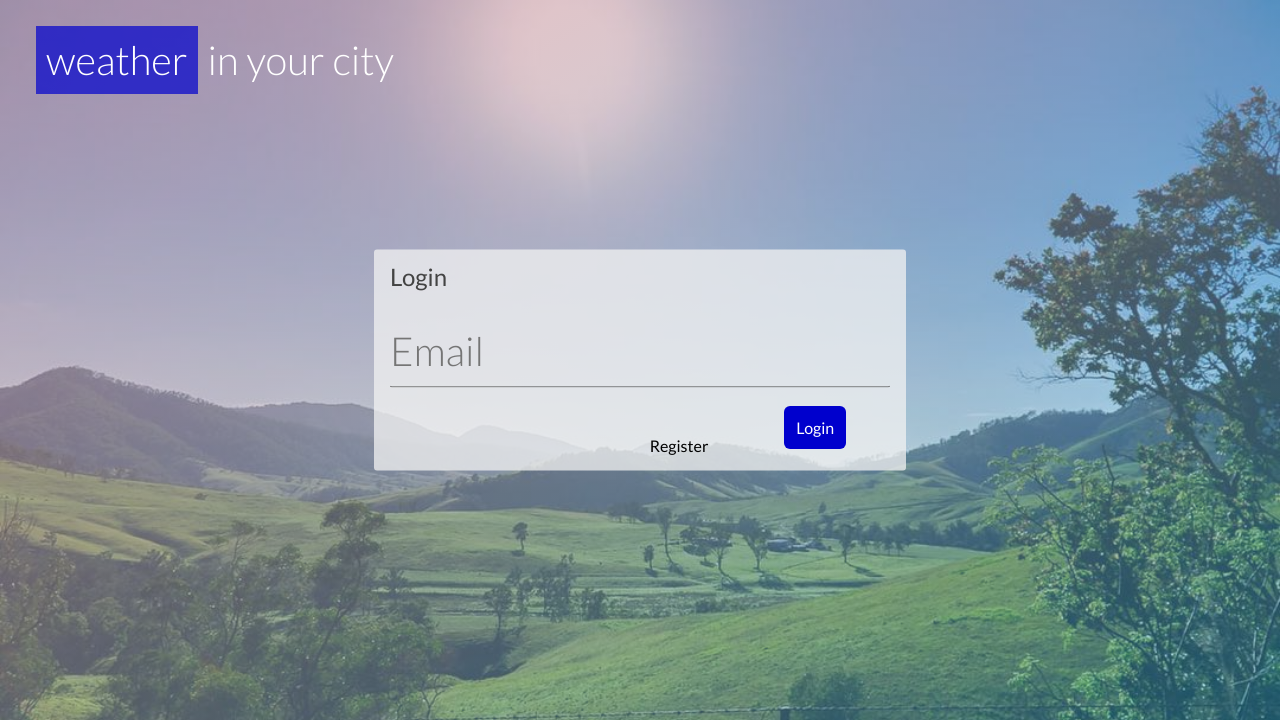
Repository: nosplashurinal/weather-app
Page: /, after clicking the first element matching `button.next`
The author's editor kept a copy of each file at every save. The page is drawn from the files as they stood at one save, then again after the next save.
The browser window is 1280 px wide. The pictures show the whole page.
The project was rebuilt for these pictures with package versions that can differ from the ones it lists, and the page was loaded fresh each time. Also part of the build but not shown: src/components/RecentSearches.vue, src/components/Search.vue, src/components/WeatherDataBlock.vue.

Above is the page before, as saved 2018-12-31 17:09:06.

### public/index.html
<!DOCTYPE html>
<html lang="en">

<head>
	<meta charset="utf-8">
	<meta http-equiv="X-UA-Compatible" content="IE=edge">
	<meta name="viewport" content="width=device-width,initial-scale=1.0">
	<link rel="icon" href="<%= BASE_URL %>favicon.ico">
	<link href="https://fonts.googleapis.com/css?family=Lato:300,400" rel="stylesheet">
	<title>weather-app</title>
</head>

<body>
	<noscript>
		<strong>We're sorry but weather-app doesn't work properly without JavaScript enabled. Please enable it to continue.</strong>
	</noscript>
	<div id="app"></div>
	<!-- built files will be auto injected -->
</body>

</html>

### src/App.vue
<template>
  <div class="root-container">
    <div class="bg" v-bind:style="{backgroundImage: `url(${bg})`}"></div>
    <div class="overlay"></div>
    <div class="title">
      <span>weather</span>
      <span>in your city</span>
    </div>
    <transition name="slide">
      <Login v-if="!loginSuccess && !showRegistration" v-on:on-login="attemptLogin" />
    </transition>
    <Registration v-if="showRegistration" v-on:on-success="showRegistration = false" />
    <div v-if="loginSuccess" class="search-container" v-bind:class="{resultActive: showResults}">
      <Search
        v-bind:message="message"
        v-bind:showLoading="isLoadingResults"
        v-bind:isError="isError"
        v-on:on-key-press="onClickSearch"
        v-on:on-change="onInputChange"
      />
      <transition name="ease">
        <div class="results-container" v-if="showResults">
          <WeatherDataBlock v-bind:weatherData="weatherData"/>
        </div>
      </transition>
    </div>
  </div>
</template>

<script>
import Search from "./components/Search.vue";
import WeatherDataBlock from "./components/WeatherDataBlock.vue";
import Login from "./components/Login.vue";
import Registration from "./components/Registration.vue";
import axios from "axios";

export default {
  name: "app",
  components: {
    Search,
    WeatherDataBlock,
    Login,
    Registration
  },
  data() {
    return {
      currentQueryValue: null,
      results: [],
      showResults: false,
      address: null,
      isError: false,
      message: null,
      searchQuery: null,
      isLoadingResults: false,
      units: "metric",
      weatherData: undefined,
      bg: "/images/bg.jpg",
      weatherBg: null,
      screenWidth: window.innerWidth,
      screenHeight: window.innerHeight,
      showRegistration: false,
      loginSuccess: false
    };
  },
  created: function() {
    if (!JSON.parse(window.localStorage.getItem("user"))) {
      this.showRegistration = true;
    }
  },
  mounted: function() {
    if (JSON.parse(window.localStorage.getItem("searches"))) {
      this.validateRecentSearches();
    }
  },
  watch: {
    async searchQuery(newQuery) {
      let storedWeatherData;
      this.showResults = false;

      // Check if anything is saved in localStorage
      if (window.localStorage.getItem("searches")) {
        // Now, check if the current query matches anything in localStorage
        storedWeatherData = this.getFromLocalStorage(newQuery);
      } else {
        // Create an empty object in localStorage
        window.localStorage.setItem("searches", null);
      }
      if (storedWeatherData) {
        this.isLoadingResults = true;
        // Translate localStorage data into the format needed to display the data
        setTimeout(
          () =>
            (this.weatherData = this.parseStoredWeatherData(
              storedWeatherData.result
            )),
          0.0001
        );
      } else {
        this.isLoadingResults = true;
        try {
          let weatherData = await this.fetchWeatherDataForCity(
            this.searchQuery
          );
          const formattedData = this.parseApiResponse(newQuery, weatherData);
          this.pushDataToLocalStorage(formattedData);
          this.weatherData = formattedData.result;
        } catch {
          this.isLoadingResults = false;
          this.isError = true;
        }
      }
    },
    weatherData() {
      this.isLoadingResults = false;
      this.showResults = true;
      this.changeBackgroundImage();
    }
  },
  methods: {
    async validateRecentSearches() {
      let storedData = window.localStorage.getItem("searches");
      let storedDataObject = JSON.parse(storedData);
      let promiseArray = [];
      let newDataObject = [];
      storedDataObject.forEach(({ result }) => {
        promiseArray.push(this.fetchWeatherDataForCity(result.name));
      });
      let responseArray = await Promise.all(promiseArray);
      responseArray.forEach((data, index) => {
        const formattedData = this.parseApiResponse(
          storedDataObject[index].query,
          data
        );
        newDataObject.push(formattedData);
      });
      window.localStorage.setItem("searches", JSON.stringify(newDataObject));
    },
    timeDifferenceBetwenNowAndDate(d) {
      const date = new Date(d * 1000);
      const now = new Date();
      return (now.getTime() - date.getTime()) / (1000 * 60);
    },
    attemptLogin(e) {
      const user = window.localStorage.getItem("user");
      if (user === e) {
        this.loginSuccess = true;
      }
    },
    onInputChange() {
      if (this.isError) this.isError = false;
    },
    pushDataToLocalStorage(newDataItem) {
      let storedData = window.localStorage.getItem("searches");
      let storedDataObject = JSON.parse(storedData);
      let newDataObject = [];
      if (storedDataObject) {
        newDataObject = [...storedDataObject, newDataItem];
      } else {
        newDataObject.push(newDataItem);
      }
      window.localStorage.setItem("searches", JSON.stringify(newDataObject));
    },
    parseApiResponse(query, data) {
      return {
        query,
        result: {
          id: data.sys.id,
          temp: data.main.temp,
          name: data.name,
          country: data.sys.country,
          icon: data.weather[0].icon,
          description: data.weather[0].description,
          date: data.dt,
          humidity: data.wind.speed,
          wind: data.main.humidity
        }
      };
    },
    parseStoredWeatherData(data) {
      return {
        name: data.name,
        country: data.country,
        humidity: data.humidity,
        temp: data.temp,
        wind: data.wind,
        icon: data.icon,
        description: data.description,
        date: data.date
      };
    },
    getFromLocalStorage(i) {
      const localStorage = window.localStorage;
      const searchObject = JSON.parse(localStorage.getItem("searches"));
      if (searchObject) {
        return searchObject.find(item => item.query === i);
      } else {
        return null;
      }
    },
    onClickSearch(e) {
      this.searchQuery = e;
    },
    fetchWeatherDataForCity(city) {
      return new Promise((resolve, reject) => {
        axios
          .get(
            `http://api.openweathermap.org/data/2.5/weather?q=${city}&APPID=7c519880689160b16f5d233f16f2868d${
              this.units === "metric" ? "&units=metric" : ""
            }`
          )
          .then(response => {
            if (response.status === 404) {
              reject(response.err);
            } else {
              resolve(response.data);
            }
          })
          .catch(() => {
            this.isError = true;
            this.isLoadingResults = false;
            return;
          });
      });
    },
    changeBackgroundImage() {
      var newImg = new Image();
      newImg.onload = () => (this.bg = newImg.src);
      newImg.src = `https://loremflickr.com/1920/1080/${
        this.weatherData.description
      }`;
    }
  }
};
</script>

<style lang="scss" src="@/styles/app.scss">
</style>

### src/styles/app.scss
@import "./global.scss";
@import "./constants.scss";

.root-container {
  width: 100%;
  height: auto;
  overflow-y: scroll;
  overflow-x: hidden;
  font-size: 16px;
}
.bg {
  position: absolute;
  background-repeat: no-repeat;
  background-size: cover;
  background-position: center;
  -webkit-transition: background-image 500ms ease-in-out;
  transition: background-image 500ms ease-in-out;
  width: 100%;
  height: 100%;
}
.overlay {
  position: absolute;
  width: 100%;
  height: 100%;
  background-image: linear-gradient(
    to bottom right,
    rgba(230, 154, 154, 0.65),
    rgba(44, 181, 232, 0.4)
  );
}
.title {
  position: absolute;
  top: 36px;
  left: 36px;
  width: auto;
  height: auto;
  text-align: center;
  font-size: 2.5em;
  color: #fff;
  font-family: $font-primary;
  font-weight: 100;
  > span {
    padding: 0.25em;
    &:nth-child(1) {
      background-color: rgba($blue, 0.7);
    }
  }
}
.search-container {
  position: absolute;
  top: 50%;
  transform: translate(-50%, -50%);
  left: 50%;
  .results-container {
    margin-top: 4em;
    z-index: 9;
  }
}
.ease-enter-active,
.ease-leave-active {
  transition: all 900ms cubic-bezier(0, 0.57, 0.01, 0.97);
}
.ease-enter, .ease-leave-to /* .fade-leave-active below version 2.1.8 */ {
  opacity: 0;
  transform: scale(0.9) translate(0, 50px);
}
.slide-enter-active, .slide-leave-active {
  transition: opacity 350ms ease-in-out;
}
.slide-enter /* .fade-leave-active below version 2.1.8 */ {
  opacity: 0;
}

### src/styles/global.scss
html, body {
	position: relative;
	width: 100%;
	height: 100%;
}

body {
	color: #333;
	margin: 0;
	padding: 0;
	box-sizing: border-box;
	font-family: -apple-system, BlinkMacSystemFont, "Segoe UI", Roboto, Oxygen-Sans, Ubuntu, Cantarell, "Helvetica Neue", sans-serif;
}

a {
	color: rgb(0,100,200);
	text-decoration: none;
}

a:hover {
	text-decoration: underline;
}

a:visited {
	color: rgb(0,80,160);
}

label {
	display: block;
}

input, button, select, textarea {
	font-family: inherit;
	font-size: inherit;
	padding: 0.4em;
	margin: 0 0 0.5em 0;
	box-sizing: border-box;
	border: 1px solid #ccc;
	border-radius: 2px;
}

input:disabled {
	color: #ccc;
}

button {
	background-color: #f4f4f4;
	outline: none;
}

button:active {
	background-color: #ddd;
}

button:focus {
	border-color: #666;
}

p {
	margin: 0;
	padding: 0;
}

ul {
	list-style: none;
}
input:focus {
	outline: 0;
}
button {
	border: 0;
}

### src/styles/constants.scss
$blue: rgb(0, 0, 205);
$font-primary: "Lato", sans-serif;

### src/components/Login.vue
<template>
  <div class="login">
    <div class="login-container">
      <p>Login</p>
      <input
        autocomplete="off"
        type="email"
        name="email"
        class="email"
        id="email"
        placeholder="Email"
        v-on:keypress="onKeyPress"
      >
      <div class="button-container">
        <button class="login" v-on:click="onLogin">Login</button>
        <button class="register-button">Register</button>
      </div>
    </div>
  </div>
</template>
<script>
export default {
  name: "Login",
  methods: {
    onKeyPress(e) {
      this.$emit("on-login", e.target.value);
    }
  }
};
</script>
<style lang="scss" src="@/styles/login.scss">
</style>

### src/components/Registration.vue
<template>
  <div class="registration">
    <p>Please take a few moments to register.</p>
    <div class="fields-container">
      <input
        placeholder="Enter your Email"
        autofocus
        autocomplete="off"
        type="email"
        name="email"
        class="email"
        id="email"
        v-model="email"
      >
      <input
        placeholder="Enter your Name"
        autofocus
        autocomplete="off"
        type="text"
        name="name"
        class="name"
        id="name"
        v-model="name"
      >
      <input
        placeholder="Mobile"
        autofocus
        autocomplete="off"
        type="phone"
        name="mobile"
        class="mobile"
        id="mobile"
        v-model="mobile"
      >
      <input
        placeholder="Where are you located?"
        autofocus
        autocomplete="off"
        type="text"
        name="location"
        class="location"
        id="location"
        v-model="location"
      >
    </div>
    <button type="button" class="next" v-on:click="onRegister">Next</button>
  </div>
</template>
<script>
export default {
  name: "Registration",
  data() {
    return {
      email: null,
      name: null,
      mobile: null,
      location: null
    };
  },
  methods: {
    onRegister() {
      const { email, name, mobile, location } = this;
      const userObject = {
        email,
        name,
        mobile,
        location
      };
      window.localStorage.setItem("user", JSON.stringify(userObject));
      this.$emit("on-success");
    }
  }
};
</script>
<style lang="scss" src="@/styles/registration.scss">
</style>

### src/styles/login.scss
@import "./constants.scss";

.login {
  position: absolute;
  top: 50%;
  transform: translate(-50%, -50%);
  left: 50%;
  background: rgba(#f2f2f2, 0.75);
  border-radius: 3px;
  font-family: "Lato", sans-serif;
  padding: 0 1em;
  .login-container {
    display: flex;
    flex-direction: column;
    position: relative;
    p {
      color: #434343;
      position: relative;
      font-size: 1.5em;
      padding: 0.5em 0;
      margin-bottom: 0.5em;
      flex: none;
      width: auto;
    }
    input {
      color: #434343;
      background: transparent;
      border: 0;
      display: block;
      border-bottom: 1px solid #434343;
      font-size: 2.5em;
      font-weight: 300;
      margin: 0;
      width: 500px;
      height: auto;
      padding: 0;
      padding: 0.3em 0;
      margin-bottom: 1em;
      position: relative;
      &::focus {
        background: transparent;
        border: 0;
        border-bottom: 1px solid #434343;
        outline: none;
        box-shadow: none;
      }
      ::-webkit-input-placeholder {
        /* Chrome/Opera/Safari */
        color: #434343;
      }
      ::-moz-placeholder {
        /* Firefox 19+ */
        color: #434343;
      }
    }
    .button-container {
      flex: none;
      position: relative;
      bottom: 0;
      display: flex;
      width: 100%;
      justify-content: center;
      .login {
        background: $blue;
        color: #fff;
        text-align: center;
        border-radius: 6px;
        cursor: pointer;
        width: auto;
        position: relative;
        flex: none;
        padding: 0.75em;
        margin: 0;
      }
      .register-button {
        flex: none;
        margin-left: 1em;
        background: none;
        cursor: pointer;
        &:hover {
          text-decoration: underline;
        }
      }
    }
  }
  .fade-enter-active,
  .fade-leave-active {
    transition: opacity 350ms ease-in-out;
  }
  .fade-enter, .fade-leave-to /* .fade-leave-active below version 2.1.8 */ {
    opacity: 0;
  }
}

### src/styles/registration.scss
@import "./constants.scss";

.registration {
  position: absolute;
  top: 50%;
  transform: translate(-50%, -50%);
  left: 50%;
  background: rgba(#f2f2f2, 0.75);
  border-radius: 3px;
  font-family: "Lato", sans-serif;
  padding: 0 1em;
  p {
    color: #434343;
    position: relative;
    font-size: 1.5em;
    padding: 0.5em 0;
    margin-bottom: 0.5em;
  }
  .fields-container {
    position: relative;
    padding: 0 1.25em;
    ::-webkit-input-placeholder { /* Chrome/Opera/Safari */
      color: #434343;
    }
    ::-moz-placeholder { /* Firefox 19+ */
      color: #434343;
    }
    input {
      color: #434343;
      background: transparent;
      border: 0;
      display: block;
      border-bottom: 1px solid #434343;
      font-size: 1.5em;
      font-weight: 300;
      margin: 0;
      width: 100%;
      height: auto;
      padding: 0;
      padding: 0.3em 0;
      margin-bottom: 1em;
      &::focus {
        background: transparent;
        border: 0;
        border-bottom: 1px solid #434343;
        outline: none;
        box-shadow: none;
      }
    }
  }
  .next {
    background: $blue;
    color: #fff;
    padding: 0.75em;
    margin-right: 1em;
    border-radius: 6px;
    cursor: pointer;
    float: right;
  }
}

Loaded but not shown: src/main.js (common file)

After the next save:
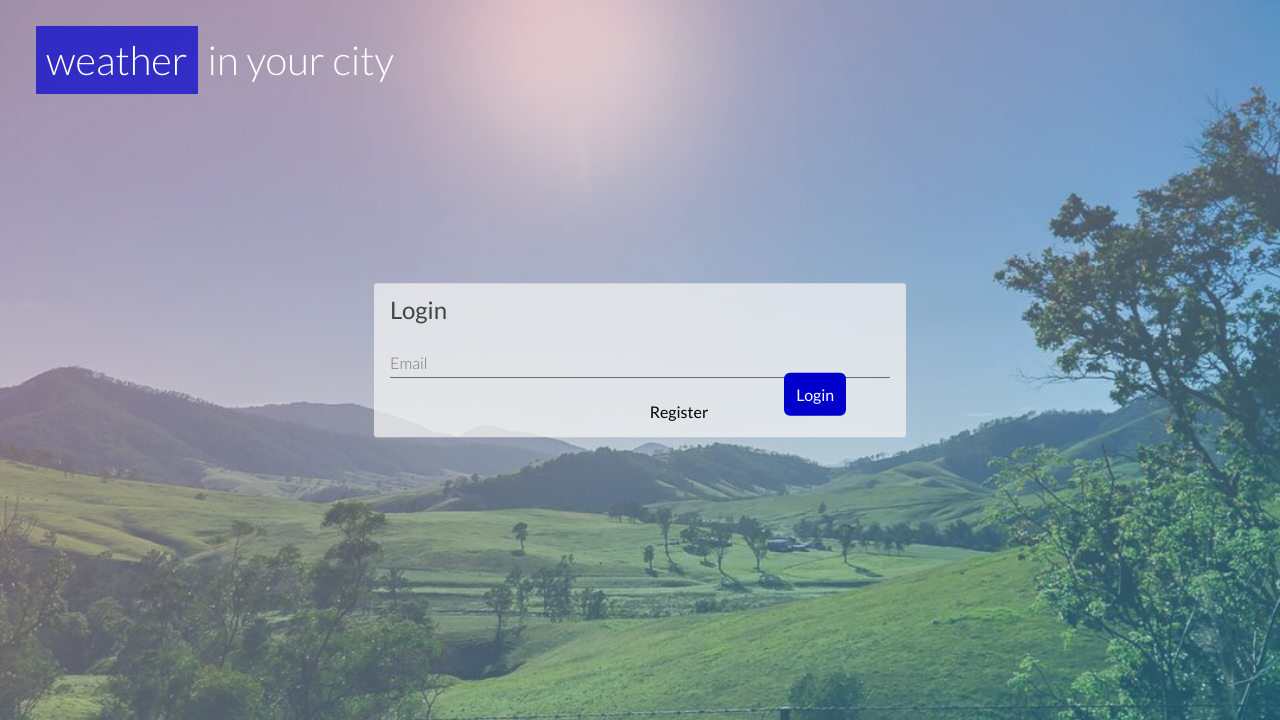
Saved 22 s later.
--- a/src/styles/login.scss
+++ b/src/styles/login.scss
@@ -28,7 +28,7 @@
       border: 0;
       display: block;
       border-bottom: 1px solid #434343;
-      font-size: 2.5em;
+      font-size: 1em;
       font-weight: 300;
       margin: 0;
       width: 500px;

After the save that followed:
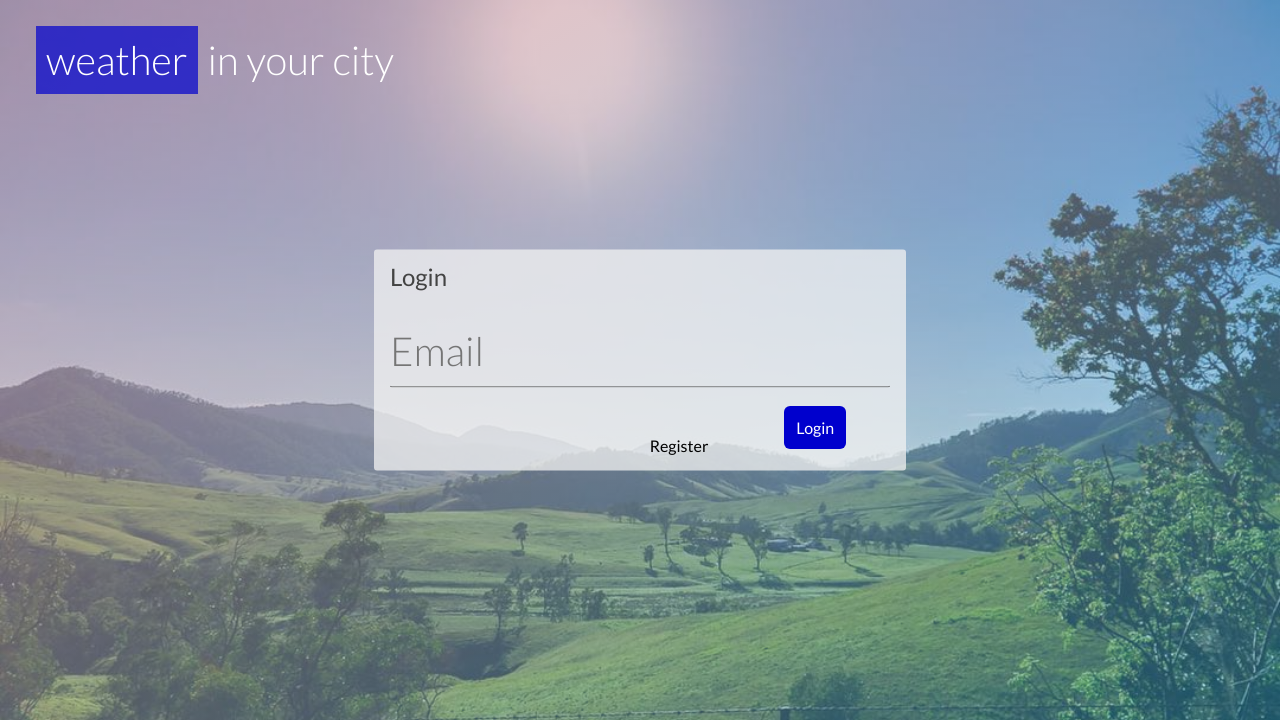
Saved 11 s later.
--- a/src/styles/login.scss
+++ b/src/styles/login.scss
@@ -28,7 +28,7 @@
       border: 0;
       display: block;
       border-bottom: 1px solid #434343;
-      font-size: 1em;
+      font-size: 2.5em;
       font-weight: 300;
       margin: 0;
       width: 500px;
@@ -37,7 +37,7 @@
       padding: 0.3em 0;
       margin-bottom: 1em;
       position: relative;
-      &::focus {
+      &:focus {
         background: transparent;
         border: 0;
         border-bottom: 1px solid #434343;
